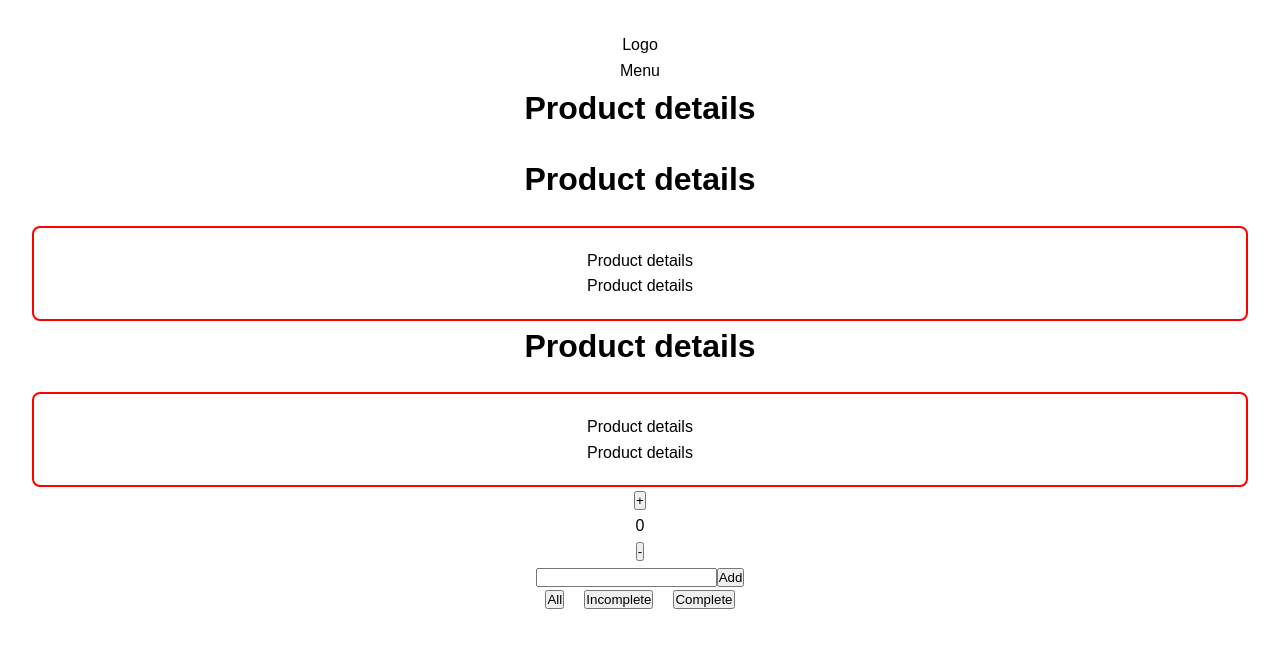
Repository: Manny1294/react-learning
Page: /
The author's editor kept a copy of each file at every save. The page is drawn from the files as they stood at one save, then again after the next save.
The browser window is 1280 px wide. The pictures show the whole page.
The project was rebuilt for these pictures with package versions that can differ from the ones it lists, and the page was loaded fresh each time. Also part of the build but not shown: vite.config.js, src/components/Toggle.jsx.

Above is the page before, as saved 2026-02-01 08:23:56.

After the next save:
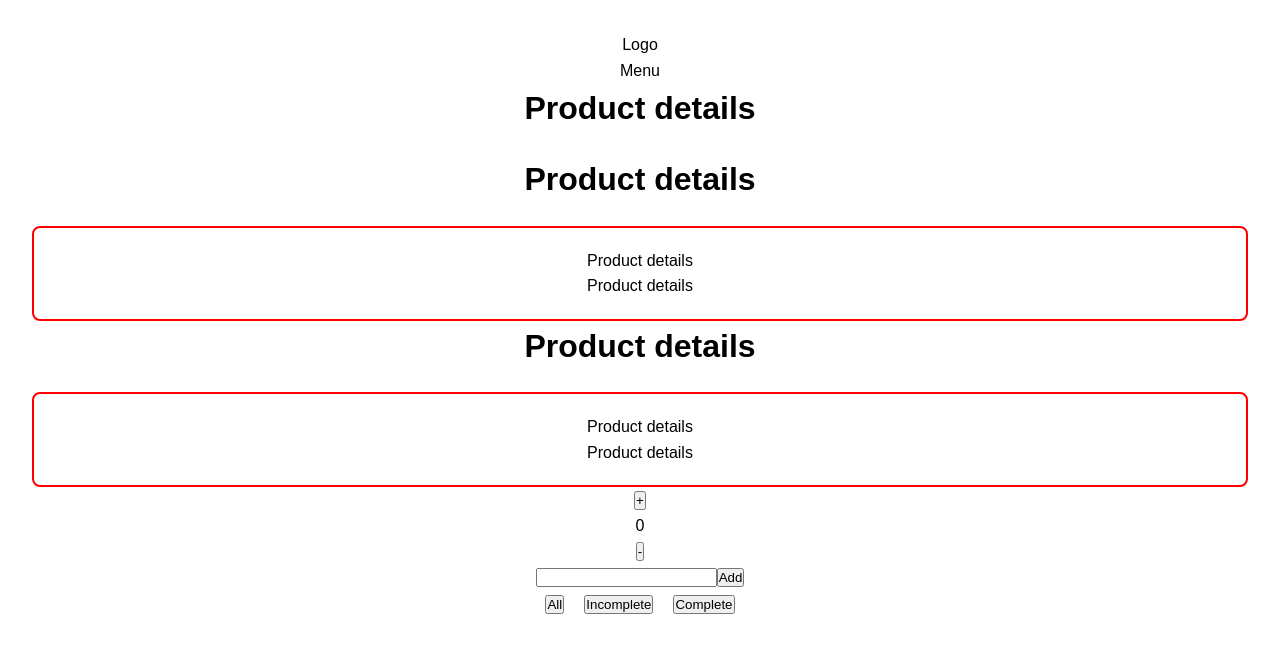
Saved 31 s later.
--- a/src/components/TodoList.jsx
+++ b/src/components/TodoList.jsx
@@ -47,6 +47,7 @@ export default function Todos() {
             gap: "20px",
             alignItems: "center",
             justifyContent: "center",
+            margin: "5px",
           }}
         >
           <button>All</button>
